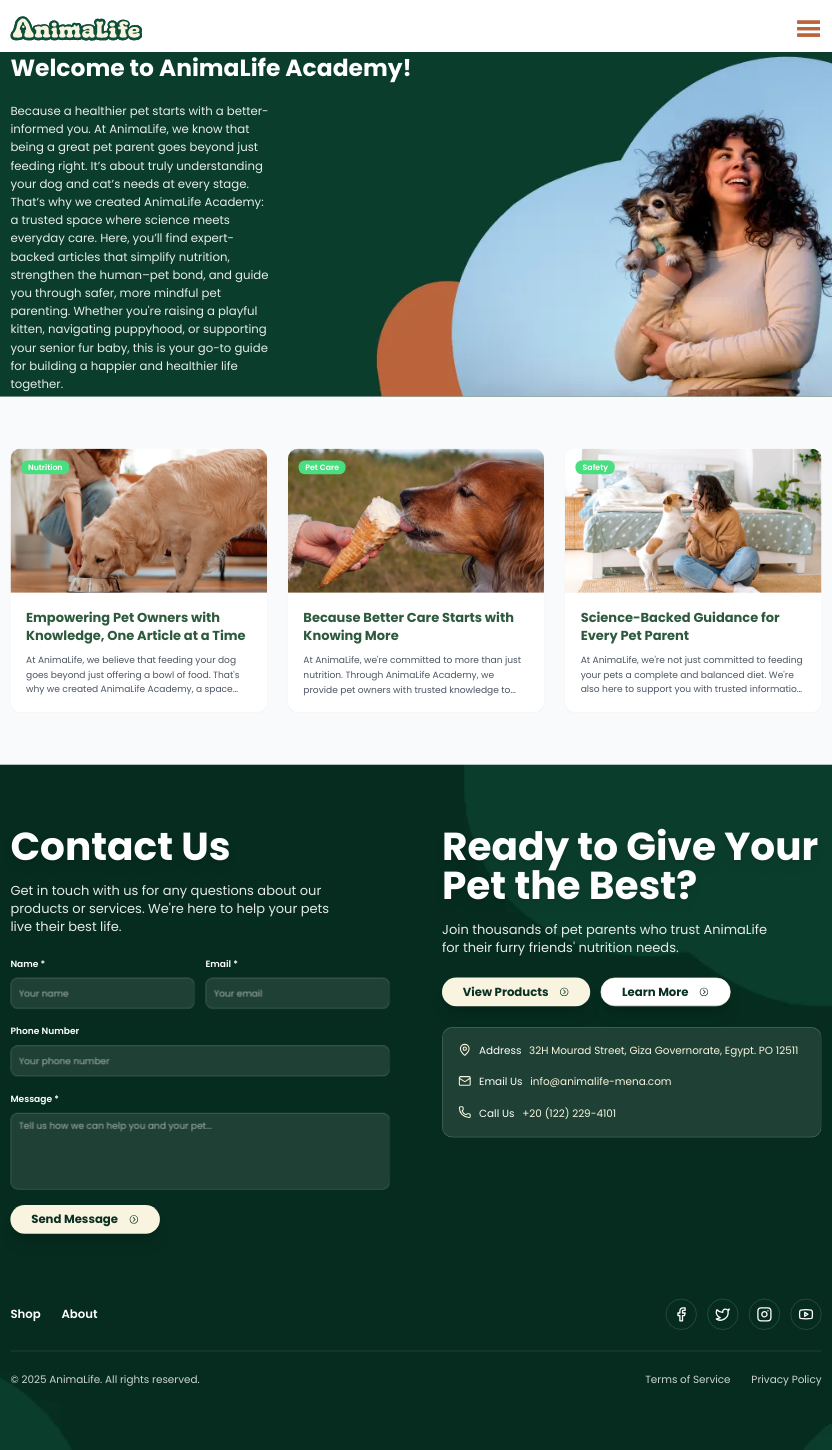
Repository: the-jupiteragency/animalife
Page: /academy
An editor plug-in stored every save of this project. The page is shown before and after the next save, followed by the edit.
The browser window is 1280 px wide. The pictures show the whole page, at 65% of full size.
The project was rebuilt for these pictures with package versions that can differ from the ones it lists, and the page was loaded fresh each time. The framework's server and built-in components were replaced by stand-ins that run in the browser. Also part of the build but not shown: next.config.mjs.

Above is the page before, as saved 2025-08-10 17:37:07.

### app/layout.tsx
import type { Metadata, Viewport } from "next";
import "./globals.css";
import { Header } from "@/components/header";
import { Footer } from "@/components/footer";
import Script from "next/script";

export const metadata: Metadata = {
  metadataBase: new URL('https://animalife.vercel.app'),
  title: {
    default: "AnimaLife | Science-Driven Pet Nutrition & Wellness",
    template: "%s | AnimaLife"
  },
  description:
    "AnimaLife offers science-driven, complete, and balanced nutrition for pets. Discover products tailored to your pet's unique needs, expert advice, and a passionate community of animal lovers.",
  keywords: [
    "AnimaLife",
    "pet nutrition",
    "dog food",
    "cat food",
    "science-based pet care",
    "pet wellness",
    "healthy pets",
    "animal health",
    "pet products",
    "pet academy",
    "pet community",
    "premium pet food",
    "natural pet nutrition",
    "pet health supplements"
  ],
  authors: [{ name: "AnimaLife Team", url: "https://animalife.vercel.app" }],
  creator: "AnimaLife",
  publisher: "AnimaLife",
  formatDetection: {
    email: false,
    address: false,
    telephone: false,
  },
  category: 'Pet Care',
  classification: 'Pet Nutrition and Wellness',
  openGraph: {
    title: "AnimaLife | Science-Driven Pet Nutrition & Wellness",
    description:
      "AnimaLife offers science-driven, complete, and balanced nutrition for pets. Discover products tailored to your pet's unique needs, expert advice, and a passionate community of animal lovers.",
    url: "https://animalife.vercel.app",
    siteName: "AnimaLife",
    images: [
      {
        url: "/hero1.webp",
        width: 1200,
        height: 630,
        alt: "AnimaLife - Science-Driven Pet Nutrition",
      },
    ],
    locale: "en_US",
    type: "website",
  },
  twitter: {
    card: 'summary_large_image',
    title: 'AnimaLife | Science-Driven Pet Nutrition & Wellness',
    description: 'AnimaLife offers science-driven, complete, and balanced nutrition for pets. Discover products tailored to your pet\'s unique needs.',
    images: ['/hero1.webp'],
    creator: '@animalife',
    site: '@animalife'
  },
  robots: {
    index: true,
    follow: true,
    googleBot: {
      index: true,
      follow: true,
      'max-video-preview': -1,
      'max-image-preview': 'large',
      'max-snippet': -1,
    },
  },
  icons: {
    icon: [
      { url: '/favicon.ico' },
      { url: '/favicon.png', type: 'image/png' },
    ],
    shortcut: '/favicon.ico',
    apple: [
      { url: '/apple-touch-icon.png' },
      { url: '/apple-touch-icon-72x72.png', sizes: '72x72', type: 'image/png' },
      { url: '/apple-touch-icon-114x114.png', sizes: '114x114', type: 'image/png' },
    ],
  },
  manifest: '/site.webmanifest',
  alternates: {
    canonical: 'https://animalife.vercel.app',
  },
  verification: {
    google: 'your-google-verification-code',
    yandex: 'your-yandex-verification-code',
    yahoo: 'your-yahoo-verification-code',
  },
};

export const viewport: Viewport = {
  themeColor: "#1B4838",
};

const jsonLd = {
  '@context': 'https://schema.org',
  '@type': 'Organization',
  name: 'AnimaLife',
  url: 'https://animalife.vercel.app',
  logo: 'https://animalife.vercel.app/logo.svg',
  description: 'AnimaLife offers science-driven, complete, and balanced nutrition for pets.',
  contactPoint: {
    '@type': 'ContactPoint',
    contactType: 'Customer Service',
    availableLanguage: 'English'
  },
  sameAs: [
    'https://facebook.com/animalife',
    'https://twitter.com/animalife',
    'https://instagram.com/animalife'
  ],
  address: {
    '@type': 'PostalAddress',
    addressCountry: 'EG'
  }
};

export default function RootLayout({
  children,
}: Readonly<{
  children: React.ReactNode;
}>) {
  return (
    <html lang="en">
      <head>
        <link rel="preconnect" href="https://fonts.googleapis.com" />
        <link rel="preconnect" href="https://fonts.gstatic.com" crossOrigin="anonymous" />
        <link rel="dns-prefetch" href="https://fonts.googleapis.com" />
        <meta name="theme-color" content="#1B4838" />
        <meta name="msapplication-TileColor" content="#1B4838" />
        <meta name="apple-mobile-web-app-capable" content="yes" />
        <meta name="apple-mobile-web-app-status-bar-style" content="default" />
        <meta name="format-detection" content="telephone=no" />
        <Script
          id="json-ld"
          type="application/ld+json"
          dangerouslySetInnerHTML={{ __html: JSON.stringify(jsonLd) }}
        />
      </head>
      <body>
        <Header />
        {children}
        <Footer />
      </body>
    </html>
  );
}

### app/academy/page.tsx
"use client";

import { Card, CardContent } from "@/components/ui/card";
import { Badge } from "@/components/ui/badge";
import Image from "next/image";
import Link from "next/link";
import { Header } from "@/components/header";
import { AcademyPosts } from "@/app/data/academy-posts";

// Remove the hardcoded blogPosts array and use:
const blogPosts = AcademyPosts;

export default function AcademyPage() {
  return (
    <div className="min-h-screen bg-white">
      {/* Header */}
      <Header />
      {/* Add top padding to account for fixed header */}
      <div className="pt-20">
        {/* Hero Banner Section */}
        <section className="relative h-[530px] bg-[#2d5a3d] overflow-hidden">
          <div className="absolute inset-0">
            <Image
              src="/academy-banner.webp"
              alt="Academy Banner"
              fill
              className="object-cover w-full h-full"
              priority
            />
          </div>
          <div className="relative z-10 container mx-auto px-4 h-full flex items-center">
            <div className="max-w-3xl">
              <h1 className="text-4xl md:text-5xl lg:text-4xl font-bold text-white mb-8 leading-tight">
                Welcome to AnimaLife Academy!
              </h1>
              <p className="w-[400px] text-lg md:text-lg text-white/90 leading-relaxed">
                Because a healthier pet starts with a better-informed you. At
                AnimaLife, we know that being a great pet parent goes beyond
                just feeding right. It’s about truly understanding your dog and
                cat’s needs at every stage. That’s why we created AnimaLife
                Academy: a trusted space where science meets everyday care.
                Here, you’ll find expert-backed articles that simplify
                nutrition, strengthen the human–pet bond, and guide you through
                safer, more mindful pet parenting. Whether you're raising a
                playful kitten, navigating puppyhood, or supporting your senior
                fur baby, this is your go-to guide for building a happier and
                healthier life together.
              </p>
            </div>
          </div>
        </section>

        {/* Blog Posts Grid */}
        <section className="py-12 md:py-20 bg-gray-50">
          <div className="container mx-auto px-4">
            <div className="grid grid-cols-1 md:grid-cols-2 lg:grid-cols-3 gap-6 md:gap-8">
              {blogPosts.map((post) => (
                <Link key={post.id} href={`/academy/${post.slug}`}>
                  <Card className="cursor-pointer transform transition-all duration-300 hover:scale-105 hover:shadow-xl bg-white border-0 rounded-2xl overflow-hidden group">
                    <CardContent className="p-0">
                      <div className="aspect-video relative overflow-hidden">
                        <Image
                          src={post.image || "/placeholder.svg"}
                          alt={post.title}
                          fill
                          className="object-cover w-full h-full group-hover:scale-105 transition-all duration-500"
                          sizes="(max-width: 768px) 100vw, (max-width: 1200px) 50vw, 33vw"
                        />
                        <div className="absolute top-4 left-4">
                          <Badge className="bg-[#4ade80] text-white hover:bg-[#22c55e] group-hover:scale-110 transition-transform duration-300">
                            {post.category}
                          </Badge>
                        </div>
                      </div>

                      <div className="p-4 md:p-6">
                        <h3 className="text-lg md:text-xl font-bold text-[#2d5a3d] mb-3 line-clamp-2 group-hover:text-[#1e3a2a] transition-colors duration-300">
                          {post.title}
                        </h3>
                        <p className="text-gray-600 text-sm leading-relaxed line-clamp-3 group-hover:text-gray-700 transition-colors duration-300">
                          {post.excerpt}
                        </p>
                      </div>
                    </CardContent>
                  </Card>
                </Link>
              ))}
            </div>
          </div>
        </section>
      </div>{" "}
      {/* Close pt-20 div */}
    </div>
  );
}

### components/header.tsx
"use client";

import { useState, useEffect } from "react";
import { Menu, X } from "lucide-react";
import { GiHamburgerMenu } from "react-icons/gi";
import { IoMdCloseCircle } from "react-icons/io";
import { Button } from "@/components/ui/button";
import Link from "next/link";
import Image from "next/image";

export function Header() {
  const [isMenuOpen, setIsMenuOpen] = useState(false);
  const [scrolled, setScrolled] = useState(false);

  useEffect(() => {
    const handleScroll = () => {
      setScrolled(window.scrollY > 10);
    };
    window.addEventListener("scroll", handleScroll);
    return () => window.removeEventListener("scroll", handleScroll);
  }, []);

  return (
    <header
      className={`fixed top-0 left-0 right-0 z-50 transition-colors duration-300 ${
        scrolled ? "bg-[#0A3D2C]" : "bg-transparent"
      }`}
    >
      <div className="container mx-auto px-4 py-4 md:py-6 flex items-center justify-between font-mono font-normal text-base bg-transparent text-[rgba(249,244,223,1)] flex-row">
        <Link
          href="/"
          className="text-white text-xl md:text-2xl font-bold hover:text-green-200 transition-colors"
        >
          <Image
            src="/logo.svg"
            alt="AnimaLife"
            width={120}
            height={120}
            priority
            style={{ width: "auto", height: "auto" }}
          />
        </Link>

        <div
          className="transition-all duration-300 hover:scale-110"
          onClick={() => setIsMenuOpen(!isMenuOpen)}
        >
          {isMenuOpen ? (
            <IoMdCloseCircle
              className={`h-10 w-10 ${scrolled ? "text-white" : "text-[#1B4838]"}`}
            />
          ) : (
            <GiHamburgerMenu
              className={`h-10 w-10 ${scrolled ? "text-white" : "md:text-[#BA643B]"}`}
            />
          )}
        </div>
      </div>

      {/* Menu Overlay */}
      {isMenuOpen && (
        <div className="fixed inset-0 z-50 bg-[#2d5a3d]">
          <div className="absolute top-4 right-4">
            <div
              className="text-white transition-all duration-300 hover:scale-110"
              onClick={() => setIsMenuOpen(false)}
            >
              <IoMdCloseCircle className="h-12 w-12" />
            </div>
          </div>

          <div className="flex items-center justify-center min-h-screen">
            <nav className="text-center space-y-8 md:space-y-12">
              <Link
                href="/"
                className="block text-white text-xl md:text-2xl font-medium hover:text-green-200 transition-colors"
                onClick={() => setIsMenuOpen(false)}
              >
                Home
              </Link>
              <Link
                href="/products"
                className="block text-white text-xl md:text-2xl font-medium hover:text-green-200 transition-colors"
                onClick={() => setIsMenuOpen(false)}
              >
                Our Products
              </Link>
              <Link
                href="/about"
                className="block text-white text-xl md:text-2xl font-medium hover:text-green-200 transition-colors"
                onClick={() => setIsMenuOpen(false)}
              >
                Discover AnimaLife
              </Link>
              <Link
                href="/academy"
                className="block text-white text-xl md:text-2xl font-medium hover:text-green-200 transition-colors"
                onClick={() => setIsMenuOpen(false)}
              >
                AnimaLife Academy
              </Link>
            </nav>
          </div>
        </div>
      )}
    </header>
  );
}

### components/ui/card.tsx
import * as React from "react"

import { cn } from "@/lib/utils"

const Card = React.forwardRef<
  HTMLDivElement,
  React.HTMLAttributes<HTMLDivElement>
>(({ className, ...props }, ref) => (
  <div
    ref={ref}
    className={cn(
      "rounded-lg border bg-card text-card-foreground shadow-sm",
      className
    )}
    {...props}
  />
))
Card.displayName = "Card"

const CardHeader = React.forwardRef<
  HTMLDivElement,
  React.HTMLAttributes<HTMLDivElement>
>(({ className, ...props }, ref) => (
  <div
    ref={ref}
    className={cn("flex flex-col space-y-1.5 p-6", className)}
    {...props}
  />
))
CardHeader.displayName = "CardHeader"

const CardTitle = React.forwardRef<
  HTMLDivElement,
  React.HTMLAttributes<HTMLDivElement>
>(({ className, ...props }, ref) => (
  <div
    ref={ref}
    className={cn(
      "text-2xl font-semibold leading-none tracking-tight",
      className
    )}
    {...props}
  />
))
CardTitle.displayName = "CardTitle"

const CardDescription = React.forwardRef<
  HTMLDivElement,
  React.HTMLAttributes<HTMLDivElement>
>(({ className, ...props }, ref) => (
  <div
    ref={ref}
    className={cn("text-sm text-muted-foreground", className)}
    {...props}
  />
))
CardDescription.displayName = "CardDescription"

const CardContent = React.forwardRef<
  HTMLDivElement,
  React.HTMLAttributes<HTMLDivElement>
>(({ className, ...props }, ref) => (
  <div ref={ref} className={cn("p-6 pt-0", className)} {...props} />
))
CardContent.displayName = "CardContent"

const CardFooter = React.forwardRef<
  HTMLDivElement,
  React.HTMLAttributes<HTMLDivElement>
>(({ className, ...props }, ref) => (
  <div
    ref={ref}
    className={cn("flex items-center p-6 pt-0", className)}
    {...props}
  />
))
CardFooter.displayName = "CardFooter"

export { Card, CardHeader, CardFooter, CardTitle, CardDescription, CardContent }

### components/ui/badge.tsx
import * as React from "react"
import { cva, type VariantProps } from "class-variance-authority"

import { cn } from "@/lib/utils"

const badgeVariants = cva(
  "inline-flex items-center rounded-full border px-2.5 py-0.5 text-xs font-semibold transition-colors focus:outline-none focus:ring-2 focus:ring-ring focus:ring-offset-2",
  {
    variants: {
      variant: {
        default:
          "border-transparent bg-primary text-primary-foreground hover:bg-primary/80",
        secondary:
          "border-transparent bg-secondary text-secondary-foreground hover:bg-secondary/80",
        destructive:
          "border-transparent bg-destructive text-destructive-foreground hover:bg-destructive/80",
        outline: "text-foreground",
      },
    },
    defaultVariants: {
      variant: "default",
    },
  }
)

export interface BadgeProps
  extends React.HTMLAttributes<HTMLDivElement>,
    VariantProps<typeof badgeVariants> {}

function Badge({ className, variant, ...props }: BadgeProps) {
  return (
    <div className={cn(badgeVariants({ variant }), className)} {...props} />
  )
}

export { Badge, badgeVariants }

### components/ui/button.tsx
import * as React from "react";
import { Slot } from "@radix-ui/react-slot";
import { cva, type VariantProps } from "class-variance-authority";

import { cn } from "@/lib/utils";

const buttonVariants = cva(
  "inline-flex items-center justify-center gap-2 whitespace-nowrap rounded-md text-sm font-medium ring-offset-background transition-colors focus-visible:outline-none focus-visible:ring-2 focus-visible:ring-ring focus-visible:ring-offset-2 disabled:pointer-events-none disabled:opacity-50 [&_svg]:pointer-events-none [&_svg]:size-4 [&_svg]:shrink-0",
  {
    variants: {
      variant: {
        default: "bg-primary text-primary-foreground hover:bg-primary/90",
        destructive:
          "bg-destructive text-destructive-foreground hover:bg-destructive/90",
        outline:
          "border border-input bg-background hover:bg-accent hover:text-accent-foreground",
        secondary:
          "bg-secondary text-secondary-foreground hover:bg-secondary/80",
        ghost: "hover:bg-accent hover:text-accent-foreground",
        link: "text-primary underline-offset-4 hover:underline",
        icon: "bg-transparent",
        hover:
          "bg-[#F9F4DF] text-[#0A3024] hover:bg-[#A7552E] hover:text-white",
      },
      size: {
        default: "h-10 px-4 py-2",
        sm: "h-9 rounded-md px-3",
        lg: "h-11 rounded-md px-8",
        icon: "h-10 w-10",
      },
    },
    defaultVariants: {
      variant: "default",
      size: "default",
    },
  }
);

export interface ButtonProps
  extends React.ButtonHTMLAttributes<HTMLButtonElement>,
    VariantProps<typeof buttonVariants> {
  asChild?: boolean;
}

const Button = React.forwardRef<HTMLButtonElement, ButtonProps>(
  ({ className, variant, size, asChild = false, ...props }, ref) => {
    const Comp = asChild ? Slot : "button";
    return (
      <Comp
        className={cn(buttonVariants({ variant, size, className }))}
        ref={ref}
        {...props}
      />
    );
  }
);
Button.displayName = "Button";

export { Button, buttonVariants };

### components/ui/input.tsx
import * as React from "react"

import { cn } from "@/lib/utils"

const Input = React.forwardRef<HTMLInputElement, React.ComponentProps<"input">>(
  ({ className, type, ...props }, ref) => {
    return (
      <input
        type={type}
        className={cn(
          "flex h-10 w-full rounded-md border border-input bg-background px-3 py-2 text-base ring-offset-background file:border-0 file:bg-transparent file:text-sm file:font-medium file:text-foreground placeholder:text-muted-foreground focus-visible:outline-none focus-visible:ring-2 focus-visible:ring-ring focus-visible:ring-offset-2 disabled:cursor-not-allowed disabled:opacity-50 md:text-sm",
          className
        )}
        ref={ref}
        {...props}
      />
    )
  }
)
Input.displayName = "Input"

export { Input }

### tailwind.config.ts
import type { Config } from "tailwindcss";

const config: Config = {
  darkMode: ["class"],
  content: [
    "./pages/**/*.{js,ts,jsx,tsx,mdx}",
    "./components/**/*.{js,ts,jsx,tsx,mdx}",
    "./app/**/*.{js,ts,jsx,tsx,mdx}",
    "*.{js,ts,jsx,tsx,mdx}",
  ],
  theme: {
    extend: {
      colors: {
        background: "hsl(var(--background))",
        foreground: "hsl(var(--foreground))",
        card: {
          DEFAULT: "hsl(var(--card))",
          foreground: "hsl(var(--card-foreground))",
        },
        popover: {
          DEFAULT: "hsl(var(--popover))",
          foreground: "hsl(var(--popover-foreground))",
        },
        primary: {
          DEFAULT: "hsl(var(--primary))",
          foreground: "hsl(var(--primary-foreground))",
        },
        secondary: {
          DEFAULT: "hsl(var(--secondary))",
          foreground: "hsl(var(--secondary-foreground))",
        },
        muted: {
          DEFAULT: "hsl(var(--muted))",
          foreground: "hsl(var(--muted-foreground))",
        },
        accent: {
          DEFAULT: "hsl(var(--accent))",
          foreground: "hsl(var(--accent-foreground))",
        },
        destructive: {
          DEFAULT: "hsl(var(--destructive))",
          foreground: "hsl(var(--destructive-foreground))",
        },
        border: "hsl(var(--border))",
        input: "hsl(var(--input))",
        ring: "hsl(var(--ring))",
        chart: {
          "1": "hsl(var(--chart-1))",
          "2": "hsl(var(--chart-2))",
          "3": "hsl(var(--chart-3))",
          "4": "hsl(var(--chart-4))",
          "5": "hsl(var(--chart-5))",
        },
        sidebar: {
          DEFAULT: "hsl(var(--sidebar-background))",
          foreground: "hsl(var(--sidebar-foreground))",
          primary: "hsl(var(--sidebar-primary))",
          "primary-foreground": "hsl(var(--sidebar-primary-foreground))",
          accent: "hsl(var(--sidebar-accent))",
          "accent-foreground": "hsl(var(--sidebar-accent-foreground))",
          border: "hsl(var(--sidebar-border))",
          ring: "hsl(var(--sidebar-ring))",
        },
      },
      borderRadius: {
        lg: "var(--radius)",
        md: "calc(var(--radius) - 2px)",
        sm: "calc(var(--radius) - 4px)",
      },
      fontFamily: {
        sans: [
          'Poppins',
          '-apple-system',
          'BlinkMacSystemFont',
          'Segoe UI',
          'Roboto',
          'Oxygen',
          'Ubuntu',
          'Cantarell',
          'Fira Sans',
          'Droid Sans',
          'Helvetica Neue',
          'sans-serif'
        ],
        headline: [
          'Co Headline',
          'Poppins',
          '-apple-system',
          'BlinkMacSystemFont',
          'Segoe UI',
          'sans-serif'
        ],
      },
      keyframes: {
        "accordion-down": {
          from: {
            height: "0",
          },
          to: {
            height: "var(--radix-accordion-content-height)",
          },
        },
        "accordion-up": {
          from: {
            height: "var(--radix-accordion-content-height)",
          },
          to: {
            height: "0",
          },
        },
      },
      animation: {
        "accordion-down": "accordion-down 0.2s ease-out",
        "accordion-up": "accordion-up 0.2s ease-out",
      },
    },
  },
  plugins: [require("tailwindcss-animate")],
};
export default config;

Loaded but not shown: components/ui/textarea.tsx (common file); lib/utils.ts (common file); components/footer.tsx (439 lines, source omitted); app/data/academy-posts.ts (242 lines, source omitted); app/globals.css (185 lines, source omitted)

After the next save:
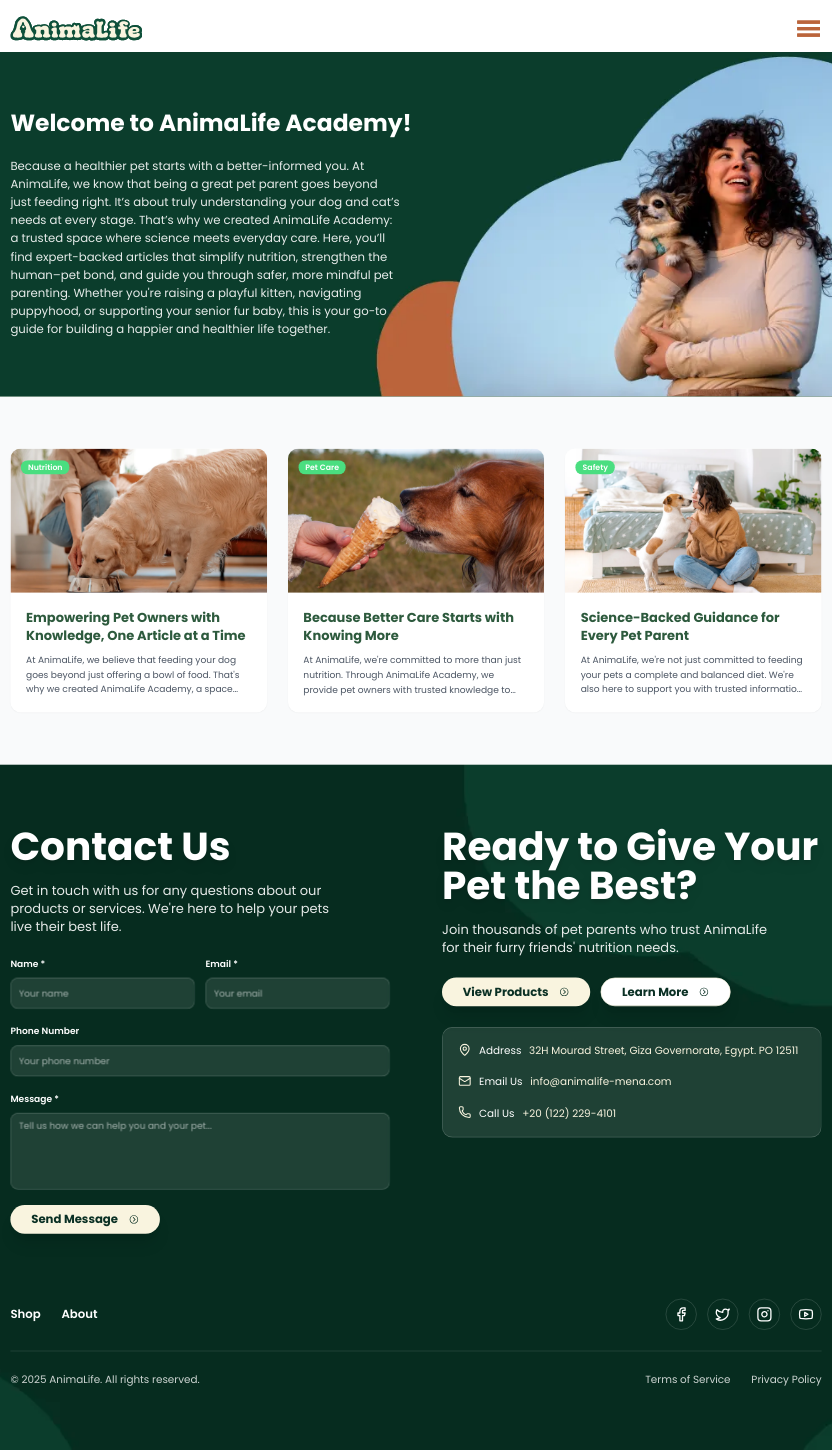
Saved 7 s later.
--- a/app/academy/page.tsx
+++ b/app/academy/page.tsx
@@ -33,7 +33,7 @@
               <h1 className="text-4xl md:text-5xl lg:text-4xl font-bold text-white mb-8 leading-tight">
                 Welcome to AnimaLife Academy!
               </h1>
-              <p className="w-[400px] text-lg md:text-lg text-white/90 leading-relaxed">
+              <p className="w-[600px] text-lg md:text-lg text-white/90 leading-relaxed">
                 Because a healthier pet starts with a better-informed you. At
                 AnimaLife, we know that being a great pet parent goes beyond
                 just feeding right. It’s about truly understanding your dog and
